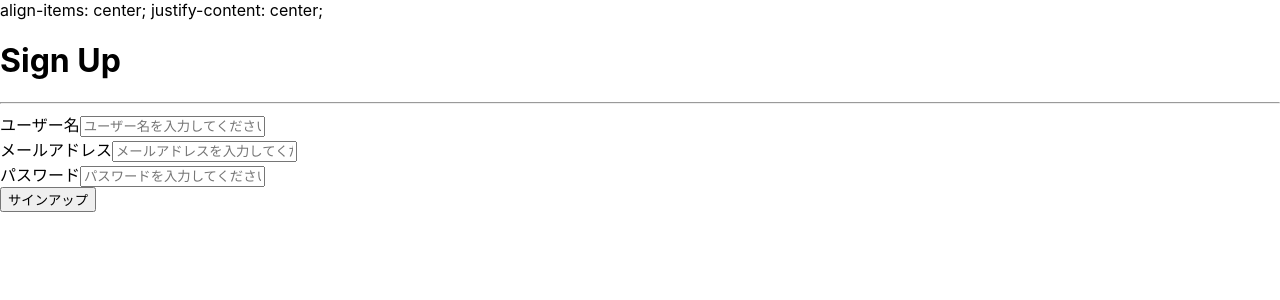
Repository: tosaken1116/Backs-of-seniors-hackathon
Page: /components/SignUpModal
An editor plug-in stored every save of this project. The page is shown before and after the next save, followed by the edit.
The browser window is 1280 px wide. The pictures show the whole page.
The project was rebuilt for these pictures with package versions that can differ from the ones it lists, and the page was loaded fresh each time. The framework's server and built-in components were replaced by stand-ins that run in the browser. Also part of the build but not shown: next.config.js.

Above is the page before, as saved 2022-07-16 22:18:10.

### pages/_document.js
import Document, { Head, Html, Main, NextScript } from 'next/document'

class MyDocument extends Document {
  render() {
    return (
      <Html>
        <Head>
          <link
            href="https://fonts.googleapis.com/css2?family=Inter&display=optional"
            rel="stylesheet"
          />
        </Head>
        <body>
          <Main />
          <NextScript />
        </body>
      </Html>
    )
  }
}

export default MyDocument

### pages/components/SignUpModal.tsx
import { useState } from "react";
export default function SignInModal() {
    type loginElement = {
        username: string;
        email: string;
        password: string;
    };
    type register = {
        registeredemail: string;
        registeredpassword: string;
    };

    let initialValues = { username: "", email: "", password: "" };
    const [formValues, setFormValues] = useState<loginElement>(initialValues);
    const [formErrors, setFormErrors] = useState<loginElement>(initialValues);
    // const [isSubmit, setIsSubmit] = useState(false);

    const handleChange = (event) => {
        // console.log(event.target);
        const { name, value } = event.target;
        setFormValues({ ...formValues, [name]: value });
    };

    const handleSubmit = (event) => {
        event.preventDefault();
        //ログイン情報の送信
        //バリデーションチェック
        {
            /*setFormErrors(validate(formValues));
        console.log(formErrors);*/
        }
        // setIsSubmit(true);
    };

    /*const validate = (values) => {
        const errors: loginElement = initialValues;
        if (!values.username) {
            errors.username = "ユーザー名を入力してください";
        }
        if (!values.email) {
            errors.email = "メールアドレスを入力してください";
        }
        if (!values.password) {
            errors.password = "パスワードを入力してください";
        } else if (values.password.length < 4) {
            errors.password =
                "4文字以上15文字以下のパスワードを入力してください";
        } else if (values.password.length > 15) {
            errors.password =
                "4文字以上15文字以下のパスワードを入力してください";
        }
        // console.log(errors);
        return errors;
    };
    };*/

    return (
        <div className="formcontainer">
            align-items: center; justify-content: center;
            <form onSubmit={(event) => handleSubmit(event)}>
                <h1 className="place-content-center">Sign Up</h1>
                <hr />
                <div className="uiForm">
                    <div className="formField">
                        <label>ユーザー名</label>
                        <input
                            className="place-content-center"
                            type="text"
                            placeholder="ユーザー名を入力してください"
                            name="username"
                            required
                            onChange={(event) => handleChange(event)}
                        />
                        {/* <div>{formErrors.username}</div> */}
                    </div>
                    {/* <p className="errormsg">{formErrors.username}</p> */}
                    <div className="formField">
                        <label>メールアドレス</label>
                        <input
                            type="text"
                            placeholder="メールアドレスを入力してください"
                            name="email"
                            required
                            onChange={(event) => handleChange(event)}
                        />
                        {/* <div>{formErrors.email}</div> */}
                    </div>
                    {/* <p className="errormsg">{formErrors.email}</p> */}
                    <div className="formField">
                        <label>パスワード</label>
                        <input
                            type="password"
                            placeholder="パスワードを入力してください"
                            name="password"
                            required
                            onChange={(event) => handleChange(event)}
                        />
                    </div>
                    {/* <div>{formErrors.password}</div> */}
                    {/* <p className="errormsg">{formErrors.password}</p> */}
                    <button
                        className="rounded-none... SubmitButton"
                        type="submit"
                    >
                        サインアップ
                    </button>
                    {/* {Object.keys isSubmit && ( <div>サインアップ完了</div>)}*/}
                </div>
            </form>
        </div>
    );
}

Loaded but not shown: pages/_app.js (common file); styles/globals.css (common file)

After the next save:
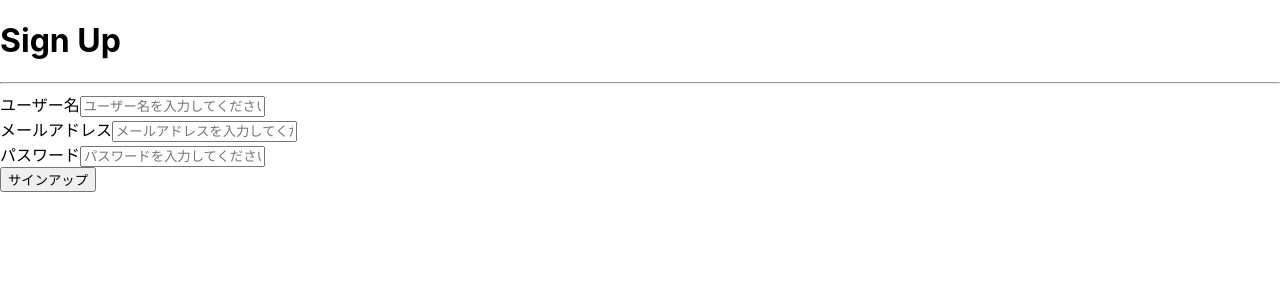
Saved 2 min 9 s later.
--- a/pages/components/SignUpModal.tsx
+++ b/pages/components/SignUpModal.tsx
@@ -55,8 +55,10 @@ export default function SignInModal() {
     };*/
 
     return (
-        <div className="formcontainer">
-            align-items: center; justify-content: center;
+        <div
+            className="formcontainer align-items: center; justify-content: center;
+        "
+        >
             <form onSubmit={(event) => handleSubmit(event)}>
                 <h1 className="place-content-center">Sign Up</h1>
                 <hr />
